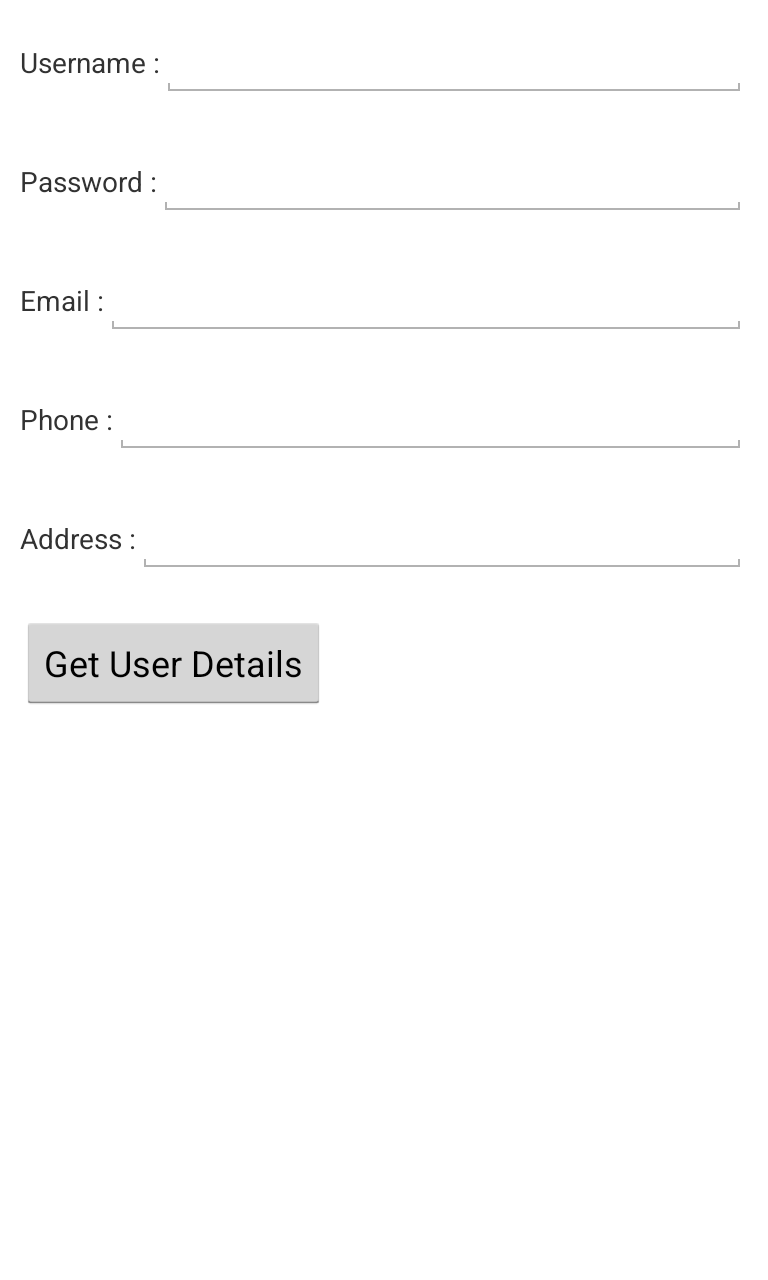
Repository: LakshmiKalyani93/AndroidTraining
Layout: UserInfo/res/layout/info.xml
An editor plug-in stored every save of this project. The layout is shown before and after the next save, followed by the edit.
It is drawn on a 768 x 1280 px phone screen (xhdpi) without system bars, with theme AppTheme; the app's code is not run.

Above is the layout before, as saved 2014-09-09 08:45:07.

### UserInfo/res/layout/info.xml
<?xml version="1.0" encoding="utf-8"?>
<LinearLayout xmlns:android="http://schemas.android.com/apk/res/android"
    android:layout_width="match_parent"
    android:layout_height="match_parent"
    android:orientation="vertical"

    >

    <LinearLayout
        android:id="@+id/user_layout"
        android:layout_width="match_parent"
        android:layout_height="wrap_content"
        android:padding="10dp" >

        <TextView
            android:id="@+id/user_txt"
            android:layout_width="wrap_content"
            android:layout_height="wrap_content"
            android:text="@string/username" />

        <EditText
            android:id="@+id/user_edt"
            android:layout_width="match_parent"
            android:layout_height="wrap_content"
            android:inputType="text" />
    </LinearLayout>

    <LinearLayout
        android:id="@+id/pwd_layout"
        android:layout_width="match_parent"
        android:layout_height="wrap_content"
        android:padding="10dp" >

        <TextView
            android:id="@+id/pwd_txt"
            android:layout_width="wrap_content"
            android:layout_height="wrap_content"
            android:text="@string/pwd" />

        <EditText
            android:id="@+id/pwd_edt"
            android:layout_width="match_parent"
            android:layout_height="wrap_content"
            android:inputType="text"
            android:password="true" />
    </LinearLayout>
    <LinearLayout
        android:id="@+id/email_layout"
        android:layout_width="match_parent"
        android:layout_height="wrap_content"
        android:padding="10dp" >

        <TextView
            android:id="@+id/email_txt"
            android:layout_width="wrap_content"
            android:layout_height="wrap_content"
            android:text="@string/email" />

        <EditText
            android:id="@+id/email_edt"
            android:layout_width="match_parent"
            android:layout_height="wrap_content"
            android:inputType="text" />
    </LinearLayout>
    <LinearLayout
        android:id="@+id/phn_layout"
        android:layout_width="match_parent"
        android:layout_height="wrap_content"
        android:padding="10dp" >

        <TextView
            android:id="@+id/phn_txt"
            android:layout_width="wrap_content"
            android:layout_height="wrap_content"
            android:text="@string/phn" />

        <EditText
            android:id="@+id/phn_edt"
            android:layout_width="match_parent"
            android:layout_height="wrap_content"
            android:inputType="text" />
    </LinearLayout>
    <LinearLayout
        android:id="@+id/address_layout"
        android:layout_width="match_parent"
        android:layout_height="wrap_content"
        android:padding="10dp" >

        <TextView
            android:id="@+id/address_txt"
            android:layout_width="wrap_content"
            android:layout_height="wrap_content"
            android:text="@string/address" />

        <EditText
            android:id="@+id/address_edt"
            android:layout_width="match_parent"
            android:layout_height="wrap_content"
            android:inputType="text" />
    </LinearLayout>

    <Button
        android:id="@+id/user_btn"
        android:layout_width="wrap_content"
        android:layout_height="wrap_content"
        android:text="@string/user"
        android:layout_margin="10dp"
        />

</LinearLayout>

### UserInfo/res/values/strings.xml
<resources>

    <string name="app_name">UserInfo</string>
    <string name="user">Get User Details</string>
        <string name="username">Username : </string>
        <string name="pwd">Password : </string>
        <string name="email">Email : </string>
        <string name="phn">Phone : </string>
        <string name="address">Address : </string>



</resources>

Loaded but not shown: UserInfo/res/values/styles.xml (common file); UserInfo/res/values-v11/styles.xml (common file); UserInfo/res/values-v14/styles.xml (common file)

After the next save:
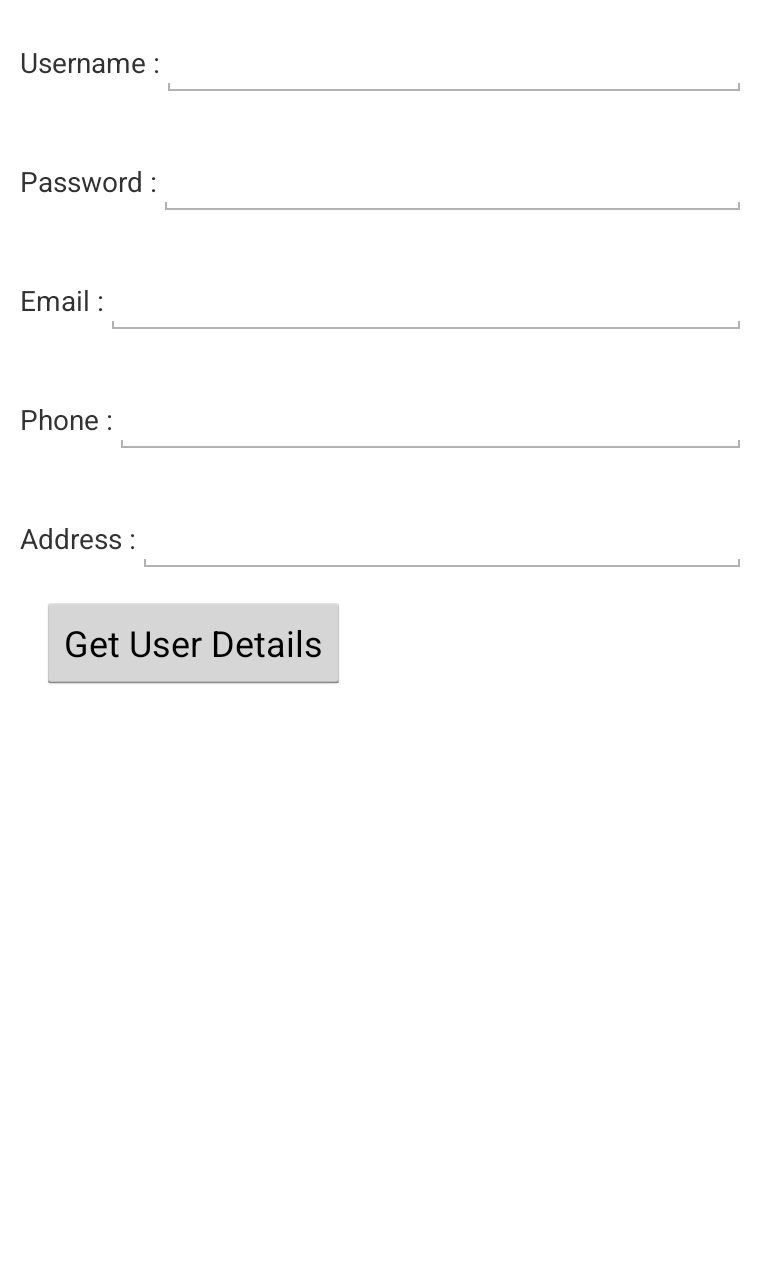
Saved 26 s later.
--- a/UserInfo/res/layout/info.xml
+++ b/UserInfo/res/layout/info.xml
@@ -104,7 +104,7 @@
         android:layout_width="wrap_content"
         android:layout_height="wrap_content"
         android:text="@string/user"
-        android:layout_margin="10dp"
+        android:layout_marginLeft="20dp"
         />
 
 </LinearLayout>
